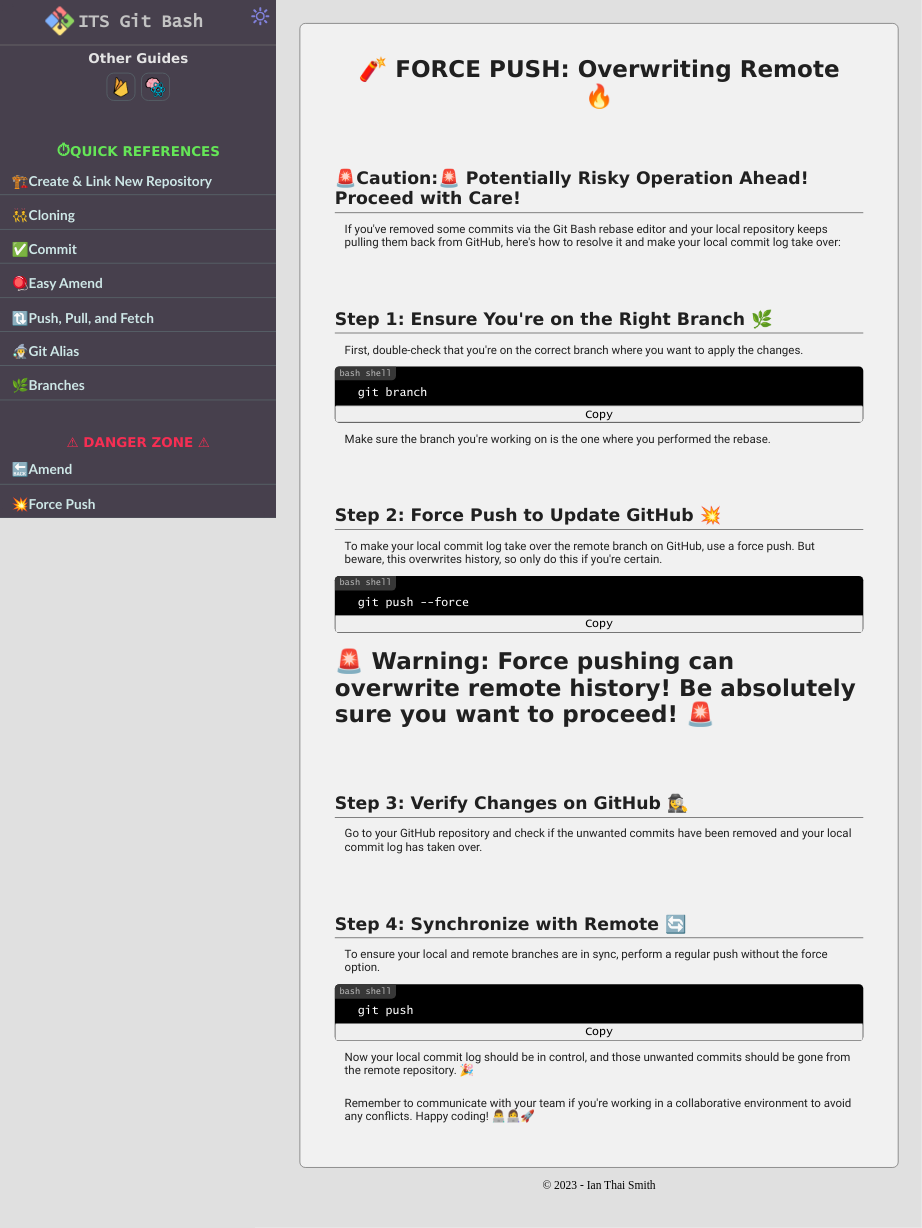
Repository: whyDoILoveThis/project__ITS_Git_Bash
Page: html/💥force-push.html
An editor plug-in stored every save of this project. The page is shown before and after the next save, followed by the edit.
The browser window is 1280 px wide. The pictures show the whole page, at 72% of full size.

Above is the page before, as saved 2025-07-06 07:07:57.

After the next save:
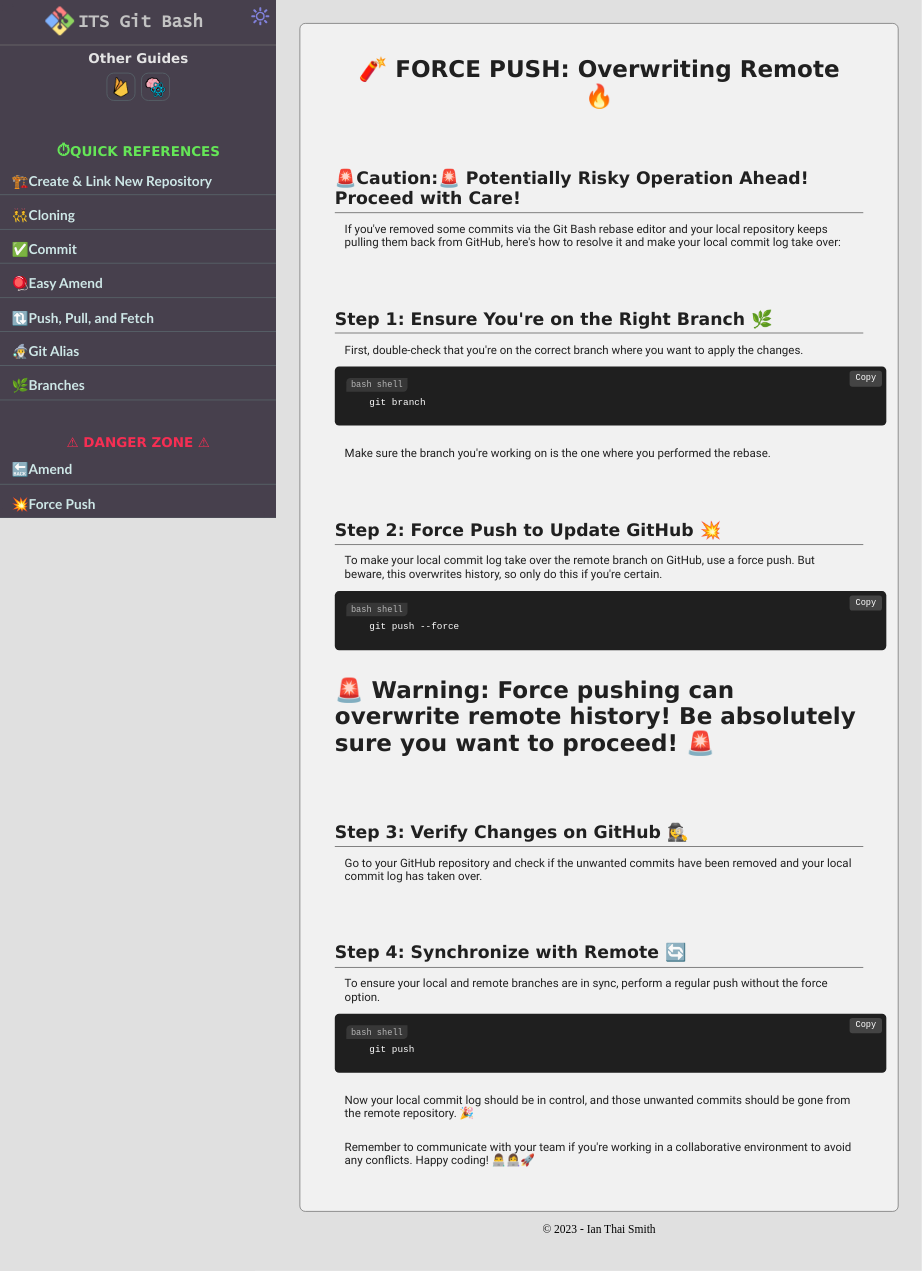
Saved 2 min 23 s later.
--- a/css/style.css
+++ b/css/style.css
@@ -550,3 +550,41 @@ em {
     justify-content: center;
 
 }
+
+
+
+
+
+
+/*& CODE COPY BUTTON */
+/*& CODE COPY BUTTON */
+/*& CODE COPY BUTTON */
+
+
+.code {
+  position: relative;
+  background: #1f1f1f;
+  color: #fff;
+  padding: 1rem;
+  border-radius: 6px;
+  font-family: monospace;
+  margin-bottom: 1rem;
+}
+
+.copy-btn {
+  position: absolute;
+  top: 6px;
+  right: 6px;
+  background: #444;
+  color: #fff;
+  border: none;
+  padding: 4px 8px;
+  font-size: 0.75rem;
+  cursor: pointer;
+  border-radius: 4px;
+  transition: background 0.2s ease;
+}
+
+.copy-btn:hover {
+  background: #666;
+}
